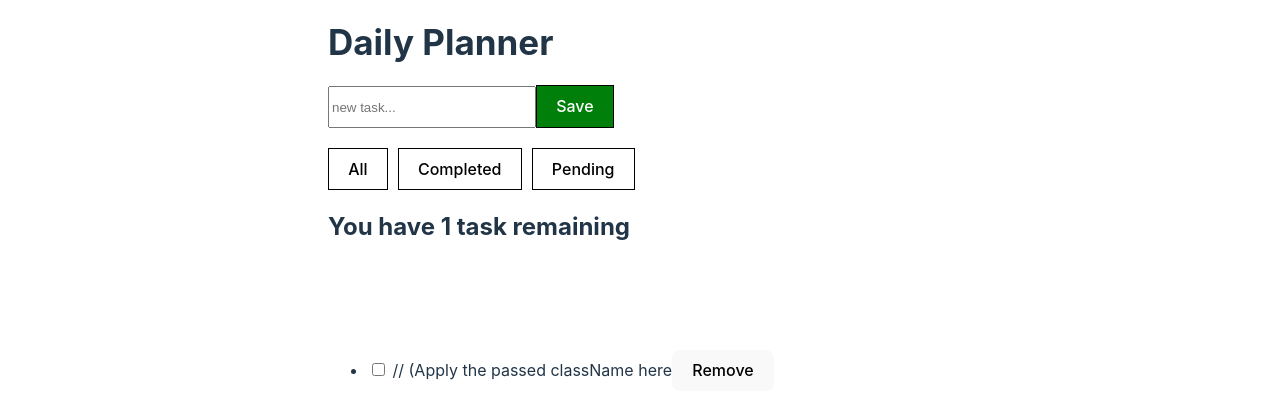
Repository: leslie179/lab4
Page: / (app in lab4/), after clicking the first element matching `button.save`
These files come from the project's save history. The page is drawn as it stood at one moment and after the next save; the edit follows.
The browser window is 1280 px wide. The pictures show the whole page.
The project was rebuilt for these pictures with package versions that can differ from the ones it lists, and the page was loaded fresh each time. Also part of the build but not shown: lab4/vite.config.js.

Above is the page before, as saved 2024-10-27 18:47:36.

### lab4/src/App.jsx
import { useState } from 'react'
import './App.css'

import Task from './components/Task'
import TaskForm from './components/TaskForm'

function App() {
  const [tasks, setTasks] = useState([])
  const [filter, setFilter] = useState("All")

  const remainingTasks = tasks.filter(task => !task.completed).length;

  return (
    <div>
      <h1>Daily Planner</h1>
      <TaskForm setTasks={setTasks} />

      <button className="filter-button" onClick={() => setFilter("All")}>All</button>
      <button className="filter-button" onClick={() => setFilter("Completed")}>Completed</button>
      <button className="filter-button" onClick={() => setFilter("Pending")}>Pending</button>

      <h2>You have {remainingTasks} task{remainingTasks !== 1 ? 's' : ''} remaining</h2>

      <ul>
        {tasks && tasks.filter((task) => {
          if (filter === "All") {
            return true;
          } else if (filter === "Completed") {
            return task.completed;
          } else if (filter === "Pending") {
            return !task.completed;
          }
          return true;
        }).map((task, i) => {
          return <Task className="task-font" key={i} task={task} setTasks={setTasks} index={i} />
        })}
      </ul>
    </div>
  )
}

export default App;

### lab4/src/App.css
#root {
  max-width: 1280px;
  text-align: left;
  padding-left: 20rem;
}

h1{
  font-size: 35px;
}

.filter-button{
  border: 1px solid black;
  background-color: white;
  margin-right: 10px;
  margin-top: 20px;
  border-radius: 0px;
}

.save{
  background-color: #00800a;
  border-radius: 0px;
  border: 1px solid black;
  padding-top:2mm;
  height:43px;
  color: white;

}

.task-font{
  font-size: 100px;
}

.h2{
  font-weight: bold;
  font-size: 30px;
}
.input{
width:200px;
height:36px;
}

.read-the-docs {
  color: #888;
}

### lab4/src/components/Task.jsx
// Task.jsx
function Task({ task, setTasks, index, className }) {

    const remove = () => {
        setTasks((currentTasks) => {
            const tmpTasks = [...currentTasks] // (deep copy)
            tmpTasks.splice(index, 1) // remove 1 value at this index (key == index)
            return tmpTasks
        })
    }

    const toggleCompleted = (e) => {
        setTasks((currentTasks) => {
            const tmpTasks = [...currentTasks] // (deep copy)
            tmpTasks[index].completed = e.target.checked
            return tmpTasks
        })
    }

    return (
      <li>
        <input type="checkbox" onChange={(e) => toggleCompleted(e)} />
        <span className={className}>{task.task}</span> // (Apply the passed className here
        <button onClick={() => remove()}>Remove</button>
      </li>
    )
}

export default Task;

### lab4/src/components/TaskForm.jsx
import { useState } from "react"

function TaskForm({ setTasks }) {
    const [currentTask, setCurrentTask] = useState()
    const save = () => {
        setTasks((currentTasks) => { // trick to get current state
            // im just naming it tmp for temporary
            const tmpTasks = [...currentTasks] // deep copy (tmpTasks is just a copy of currentTasks cause you cant just copy an array)
            tmpTasks.push({ task: currentTask, completed: false })
            return tmpTasks
        })
        setCurrentTask("")
    }
    // the onChange is a function that runs everytime the input text changes
    // everytime the input text changes update the state with the value of the text input
    return <div>
        <input className="input" type="text" onChange={(e) => setCurrentTask(e.target.value)} placeholder="new task..."/>
        <button className="save" onClick={() => save()}>Save</button>
    </div>
}

export default TaskForm

Loaded but not shown: lab4/index.html (common file); lab4/src/main.jsx (common file); lab4/src/index.css (common file)

After the next save:
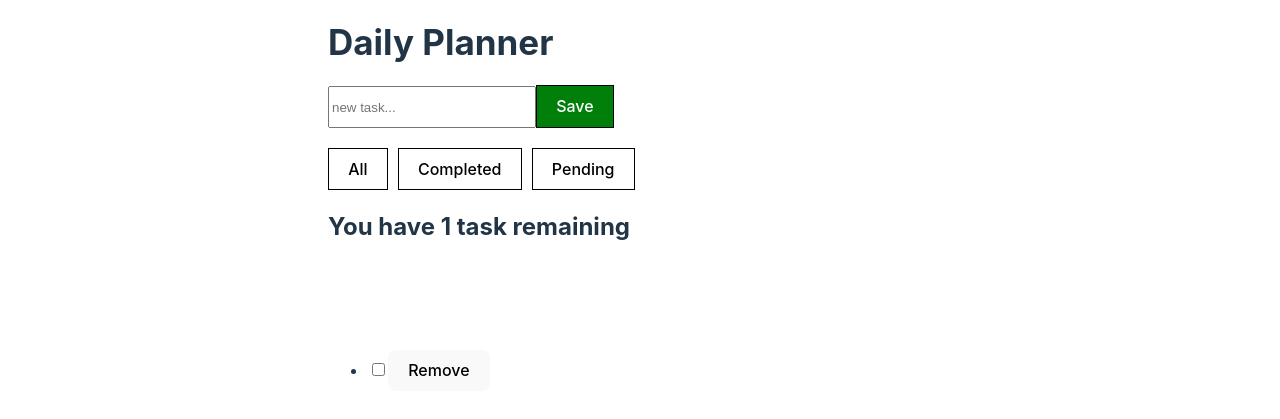
Saved 4 s later.
--- a/lab4/src/components/Task.jsx
+++ b/lab4/src/components/Task.jsx
@@ -20,7 +20,7 @@ function Task({ task, setTasks, index, className }) {
     return (
       <li>
         <input type="checkbox" onChange={(e) => toggleCompleted(e)} />
-        <span className={className}>{task.task}</span> // (Apply the passed className here
+        <span className={className}>{task.task}</span>
         <button onClick={() => remove()}>Remove</button>
       </li>
     )
